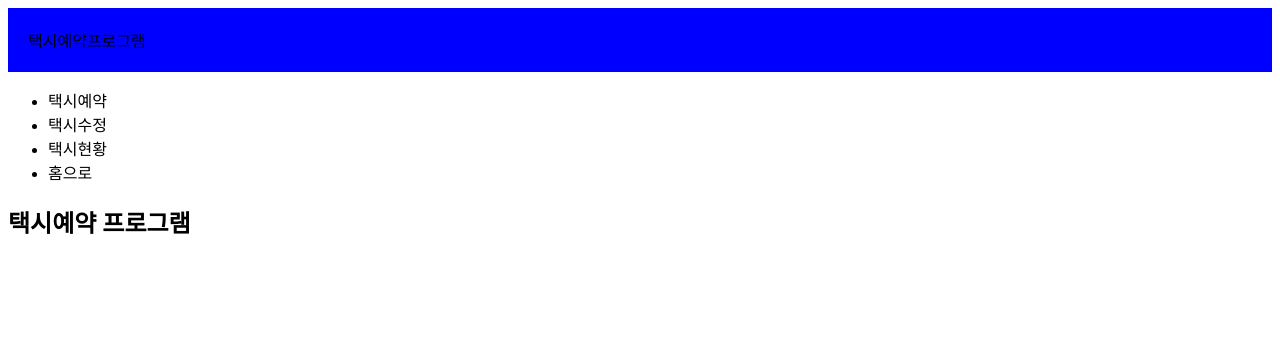
Repository: khs220507/WebClass
Page: http://localhost/prj0828/
The author's editor kept a copy of each file at every save. The page is drawn from the files as they stood at one save, then again after the next save.
The browser window is 1280 px wide. The pictures show the whole page.
The page is served by Tomcat 9. Other server files are loaded and not shown.

Above is the page before, as saved 2023-08-28 05:04:09.

### prj0828/src/main/webapp/index.jsp
<%@ page language="java" contentType="text/html; charset=UTF-8"
    pageEncoding="UTF-8"%>
<!DOCTYPE html>
<html>
<head>
<meta charset="UTF-8">
<title>Insert title here</title>
<link href="./css/index.css" rel="stylesheet"/>
</head>
<body>

<header>
택시예약프로그램
</header>

<nav>
<ul>
<li>택시예약</li>
<li>택시수정</li>
<li>택시현황</li>
<li>홈으로</li>
</ul>
</nav>

<section>
<h2>택시예약 프로그램</h2>
</section>

<footer>
</footer>

</body>
</html>

### prj0828/src/main/webapp/css/index.css
@charset "UTF-8";

header{
	padding : 20px;
	background-color: blue;
}

After the next save:
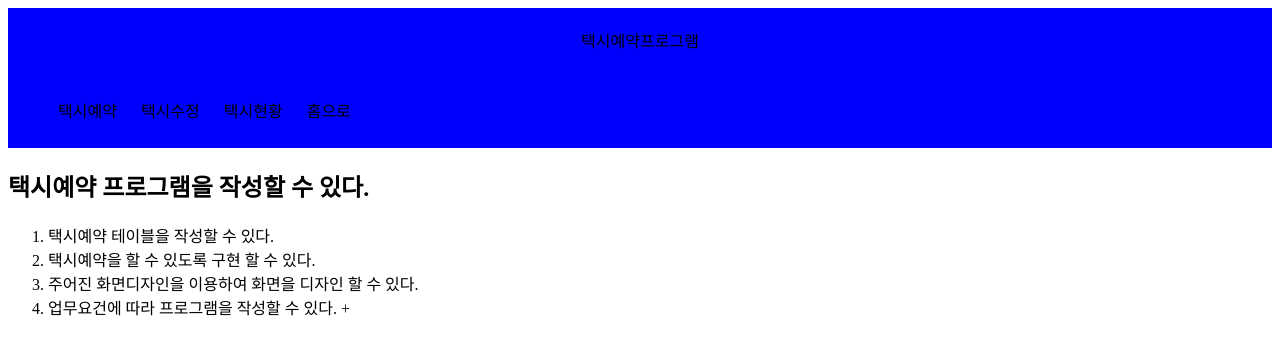
Saved 46 s later.
--- a/prj0828/src/main/webapp/index.jsp
+++ b/prj0828/src/main/webapp/index.jsp
@@ -23,7 +23,14 @@
 </nav>
 
 <section>
-<h2>택시예약 프로그램</h2>
+<h2>택시예약 프로그램을 작성할 수 있다.</h2>
+<ol>
+<li>택시예약 테이블을 작성할 수 있다.</li>
+<li>택시예약을 할 수 있도록 구현 할 수 있다.</li>
+<li>주어진 화면디자인을 이용하여 화면을 디자인 할 수 있다.</li>
+<li>업무요건에 따라 프로그램을 작성할 수 있다.
++</li>
+</ol>
 </section>
 
 <footer>
--- a/prj0828/src/main/webapp/css/index.css
+++ b/prj0828/src/main/webapp/css/index.css
@@ -3,4 +3,17 @@
 header{
 	padding : 20px;
 	background-color: blue;
+	text-align: center;
 }
+
+nav{
+	padding: 10px;
+	background-color: blue;
+}
+ul{
+	list-style: none;
+}
+ul >li{
+	display: inline-block;
+	padding-right :20px;
+}
